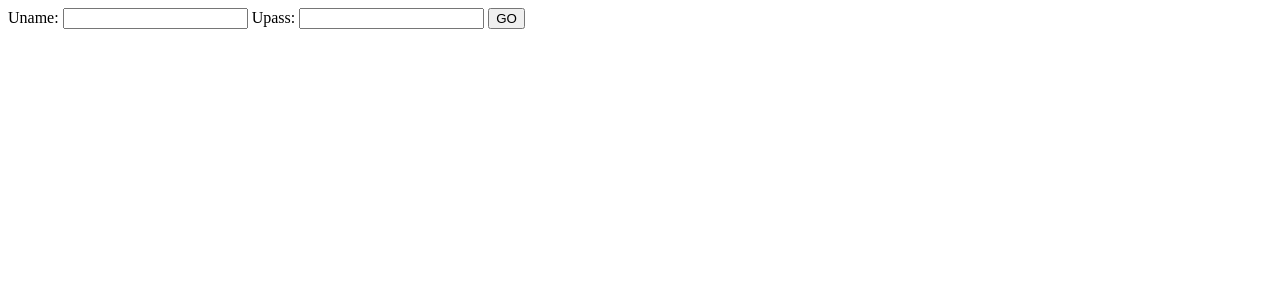
Repository: Asterisc-Institute/Adv-Java-Batch8
Page: http://localhost/Jsp-Day06/
An editor plug-in stored every save of this project. The page is shown before and after the next save, followed by the edit.
The browser window is 1280 px wide. The pictures show the whole page.
The page is served by Tomcat 9.

Above is the page before, as saved 2023-05-14 09:56:23.

After the next save:
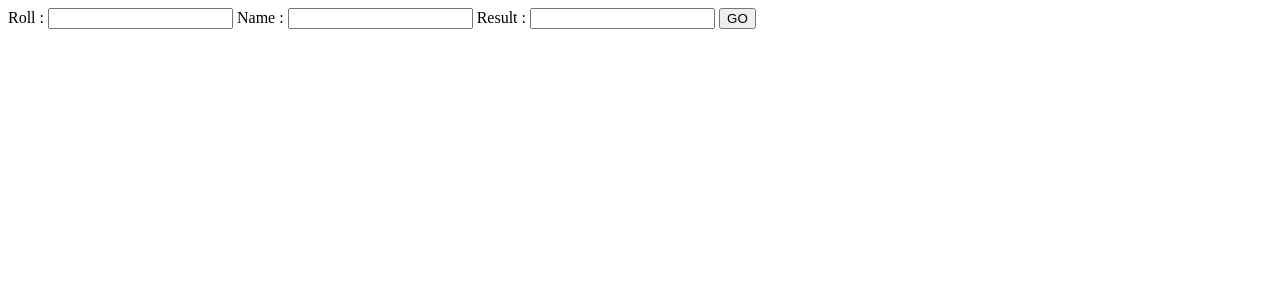
Saved 38 s later.
--- a/Jsp-Day06/WebContent/index.jsp
+++ b/Jsp-Day06/WebContent/index.jsp
@@ -9,10 +9,13 @@
 <body>
 
 <form action="home.jsp">
-Uname:
-<input type="text" name="uname">
-Upass:
-<input type="text" name="upass">
+Roll :
+<input type="text" name="roll">
+Name :
+<input type="text" name="name">
+
+Result :
+<input type="text" name="result">
 <input type="submit" value="GO">
 </form>
 
